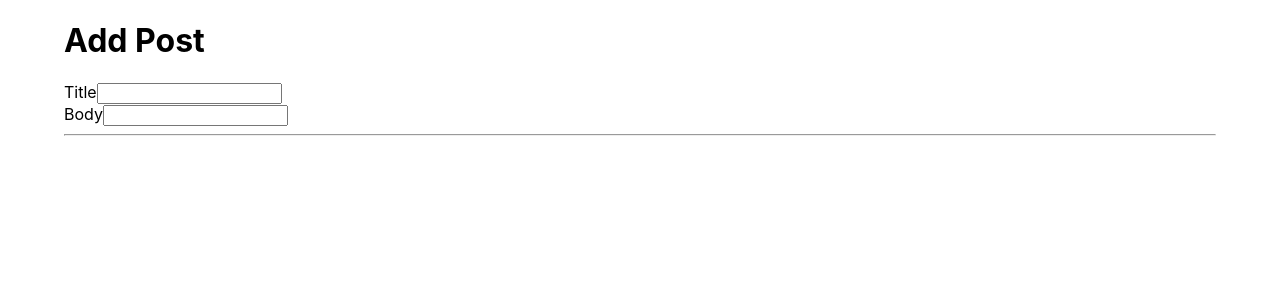
Repository: akinsikuoluwafemi/Red
Page: /
These files come from the project's save history. The page is drawn as it stood at one moment and after a run of saves; the edit follows.
The browser window is 1280 px wide. The pictures show the whole page.
The page's requests for data from a server got no answer. The project was rebuilt for these pictures with package versions that can differ from the ones it lists, and the page was loaded fresh each time. No one was signed in, and anything a server would have sent is missing.

Above is the page before, as saved 2021-01-18 09:04:16.

### src/App.js
import logo from './logo.svg';
import './App.css';
import Posts from './components/Posts';
import PostForm from './components/PostForm';



function App() {
  return (
    <div className="App">
      <PostForm />
      <hr/>
      <Posts/>
    </div>
  );
}

export default App;

### src/components/Posts.js
import React, { Component } from 'react'

 class Posts extends Component {

     state = {
            posts: []
        }

    componentDidMount() {
        fetch('https://jsonplaceholder.typicode.com/posts')
            .then(res => res.json())
            .then(data => this.setState({posts: data}));
    }
    render() {
        const postItems = this.state.posts.map(post => (
            <div key={post.id}>
                <h3>{post.title}</h3>
                <p>{ post.body}</p>
           </div>
       ))

        return (
            <div>
                {postItems}
            </div>
        )
    }
}

export default Posts

### src/components/PostForm.js
import React, { Component } from 'react'

 class PostForm extends Component {
     state = {

   }

    render() {
        return (
          <div>
            <h1>Add Post</h1>
            <form>
              <div>
                <label>Title</label>
                <input type="text" />
              </div>
              <div>
                <label>Body</label>
                <input type="text" />
              </div>
            </form>
          </div>
        );
    }
}

export default PostForm

Loaded but not shown: public/index.html (common file); src/index.js (common file); src/index.css (common file); src/reportWebVitals.js (common file); src/App.css (common file)

After the next 5 saves:
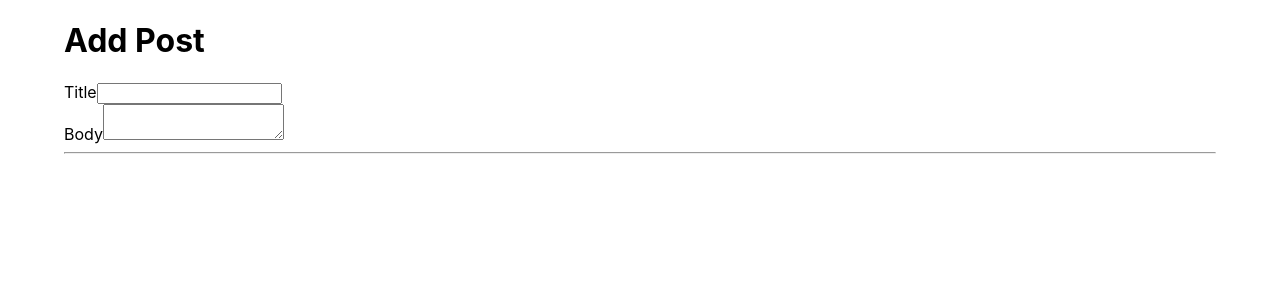
The 5 saves are shown as one change because 1 did not build or start and some came seconds apart.
The last was saved 26 s later.
--- a/src/components/PostForm.js
+++ b/src/components/PostForm.js
@@ -16,7 +16,7 @@ import React, { Component } from 'react'
               </div>
               <div>
                 <label>Body</label>
-                <input type="text" />
+                <textarea/>
               </div>
             </form>
           </div>
